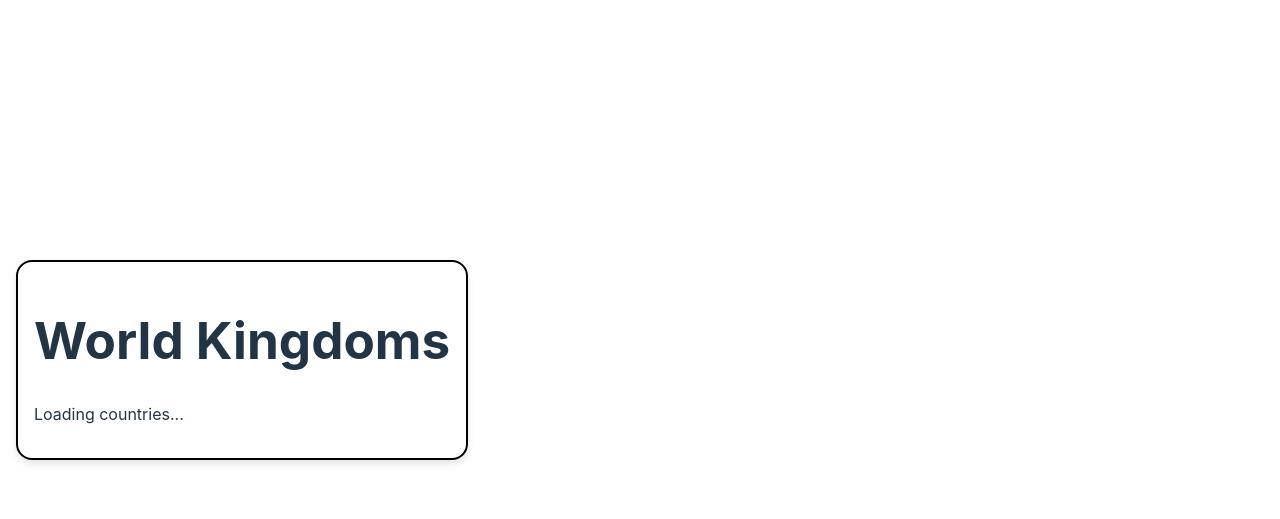
Repository: MelissaJacobi/lab-07
Page: /
The author's editor kept a copy of each file at every save. The page is drawn from the files as they stood at one save, then again after the next save.
The browser window is 1280 px wide. The pictures show the whole page.
The page's requests for data from a server got no answer. The project was rebuilt for these pictures with package versions that can differ from the ones it lists, and the page was loaded fresh each time. No one was signed in, and anything a server would have sent is missing. Also part of the build but not shown: vite.config.js, src/components/Details.module.css, src/components/Details.jsx.

Above is the page before, as saved 2024-11-23 22:27:16.

### src/App.jsx
import { BrowserRouter as Router, Routes, Route } from "react-router-dom";
import Countries from "./components/Countries";
import Details from "./components/Details";

function App() {
  return (
    <Router>
      <Routes>
        <Route path="/" element={<Countries />}>
          <Route path="countries/:cca2" element={<Details />} />
        </Route>
        <Route path="countries" element={<Countries />} />
      </Routes>
    </Router>
  );
}

export default App;

### src/components/Countries.jsx
import { useEffect, useState } from "react";
import { useNavigate, Outlet } from "react-router-dom";
import styles from "./Countries.module.css"

const Countries = () => {
  const [countries, setCountries] = useState([]);
  const [loading, setLoading] = useState(true);
  const navigate = useNavigate();

  useEffect(() => {
    fetch("https://restcountries.com/v3.1/name/kingdom")
      .then((response) => response.json())
      .then((data) => {
        setCountries(data);
        setLoading(false);
      })
      .catch((error) => console.error("Error fetching data:", error));
  }, []);

  const handleSelection = (event) => {
    const selectedCountry = countries.find(
      (country) => country.cca2 === event.target.value
    );
    if (selectedCountry) {
      navigate(`/countries/${selectedCountry.cca2}`, { state: { data: selectedCountry } });
    }
  };

  return (
    <div className={styles.container}>
        <div className={styles.containerSmol}>
            <h1>World Kingdoms</h1>
            {loading ? (
                <p>Loading countries...</p>
            ) : (
                <select
                onChange={handleSelection}
                defaultValue=""
                className={styles.dropDown}
                >
                <option value="" disabled>
                    Select a country
                </option>
                {countries.map((country) => (
                    <option key={country.cca2} value={country.cca2}>
                    {country.name.common}
                    </option>
                ))}
                </select>
            )}
        </div>

      <Outlet />
    </div>
  );
};

export default Countries;

### src/components/Countries.module.css
.container {
    border: 2px solid black;
    margin: 1rem;
    display: flex;
    justify-content: center;
    padding: 1rem;
    border-radius: 1rem;
    box-shadow: 0 4px 6px rgba(0, 0, 0, 0.1);
}

.dropDown {
    width: 100%;
    padding: 10px 15px;
    border: 1px solid #ccc;
    border-radius: 8px;
    background-color: #f9f9f9;
    color: #333;
    font-size: 16px;
    cursor: pointer;
    appearance: none; /* Remove default browser styles */
    -webkit-appearance: none;
    -moz-appearance: none;
    transition: border-color 0.3s, box-shadow 0.3s;
}

Loaded but not shown: index.html (common file); src/main.jsx (common file); src/index.css (common file)

After the next save:
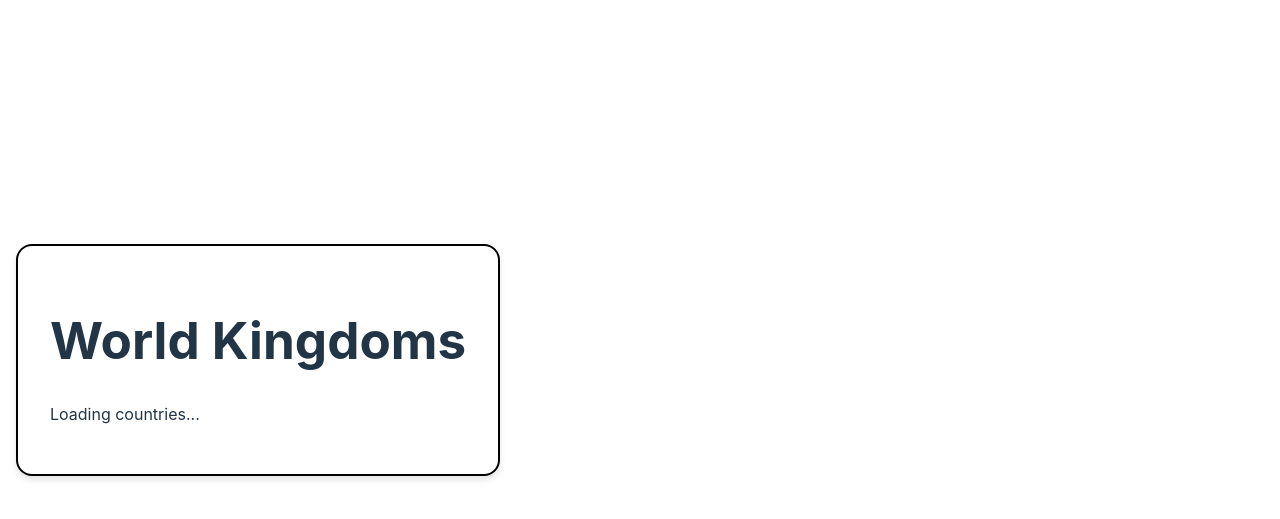
Saved 15 s later.
--- a/src/components/Countries.module.css
+++ b/src/components/Countries.module.css
@@ -22,3 +22,7 @@
     -moz-appearance: none;
     transition: border-color 0.3s, box-shadow 0.3s;
 }
+
+.containerSmol {
+    margin: 1rem;
+}
